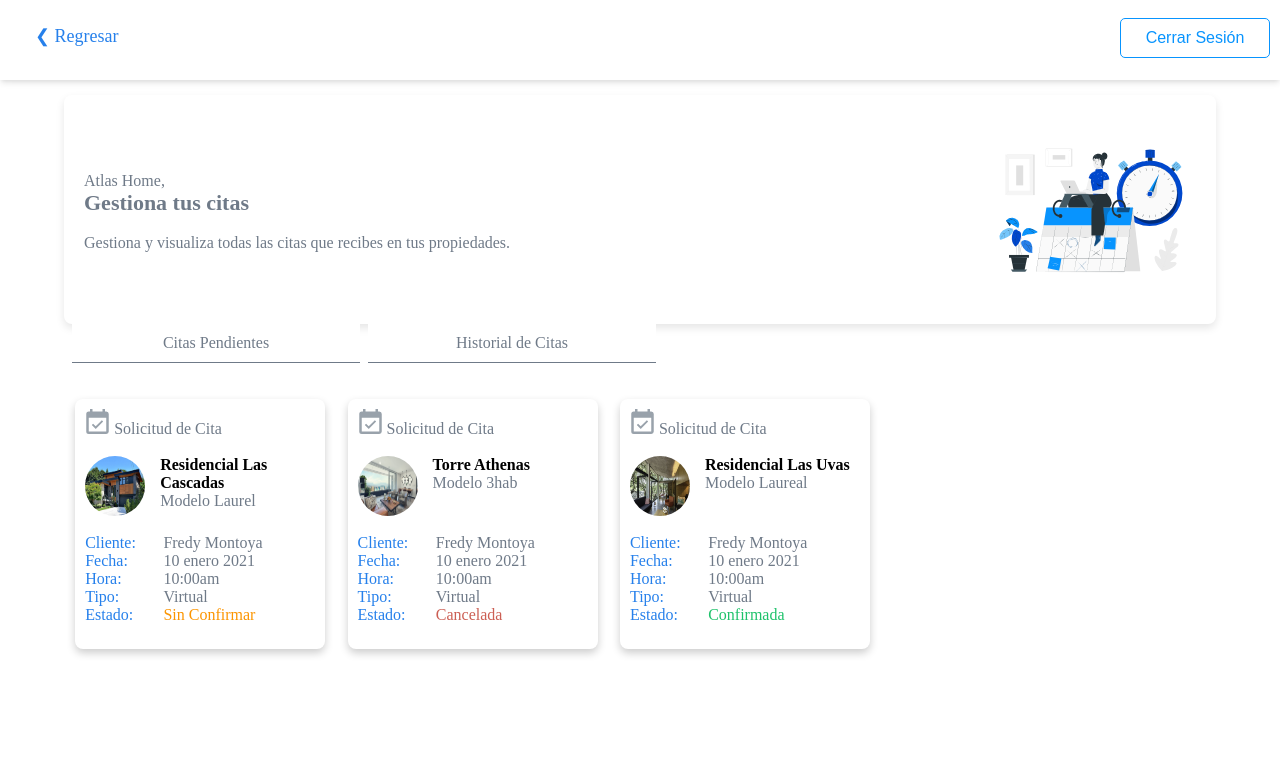
Repository: FabioMadrid/atlas_code
Page: vendedor_citas.html
The author's editor kept a copy of each file at every save. The page is drawn from the files as they stood at one save, then again after the next save.
The browser window is 1280 px wide. The pictures show the whole page.
Some web fonts or font styles are not loaded; a fallback is used. Some web libraries are served in a nearby version.

Above is the page before, as saved 2021-01-13 10:25:13.
Console error: TypeError: Cannot read properties of undefined (reading 'style')

### vendedor_citas.html
<!DOCTYPE html>
<html lang="en">
<head>
    <meta charset="UTF-8">
    <meta name="viewport" content="width=device-width, initial-scale=1.0">
    <link rel="stylesheet" href="https://cdnjs.cloudflare.com/ajax/libs/font-awesome/4.7.0/css/font-awesome.min.css">
    <script src="https://kit.fontawesome.com/8bf4511c4b.js" crossorigin="anonymous"></script>
    <link rel="stylesheet" href="css/general.css">
    <link rel="stylesheet" href="css/perfil_vendedor.css">
    <link rel="stylesheet" href="https://atlas-home-colombia.s3.amazonaws.com/fonts/fonts.css">
    <title>Atlas Home</title>
</head>
<body>

    <div class="topnav" id="myTopnav">
        <div class="column-25" style="left: 0;">
            <a href="./perfil_vendedor.html">

                <div style="position: absolute; left:0; top: 0;margin: 25px;">

                    <span style="padding-left:10px; font-size: 18px;color: #2680EB;">❮ Regresar</span>
                </div>

            </a>
        </div>
        <div class="column-85">

                <button class="boton-ingresar" id="boton-ingresar" onclick="">Cerrar Sesión</button>

            <a href="javascript:void(0);" style="font-size:35px;" class="icon" onclick="HamburgerFuction()">&#9776;</a>
        </div>
    </div>



    <div class="titulo-inmueble hide-mobile" style="margin-top: 95px;" id="titulo-propiedad">
        <div class="space-between" style="margin-top: 5px;">

            <div class="text">
                <span id="">Atlas Home</span>,
                <br>
                <b style="font-size: 22px;display:block">Gestiona tus citas</b>
                <br>

                Gestiona y visualiza todas las citas que recibes en tus propiedades.

            </div>

            <div class="relative-container">

                    <img src="./svg/calendario_mujer.svg" alt="Logo Atlas" class="dibujo">

            </div>

        </div>
    </div>

    <!--Para version 2.0 que incluyamos a los colaboradores
    <p class="text text-align" style="margin-left: 5%;">
        ¿Buscas asignar las citas recibidas a tu Colaboradores?
        <br>
        <a href="#" style="color: #0894FE;">
             Hazlo Aquí
        </a>
    </p>
    -->


<section style="margin: 0 5% 100px">

    <div class="space-between" style="margin: 0 0 25px 0; flex-flow: row nowrap; justify-content: flex-start;">

        <input type="radio" id="citas_pendientes2" name="cita_tipo" value="citaspendientes" checked>
        <label for="citaspendientes" class="b-tipo-cita tablinks"  onclick="openRegistro(event, 'citas_pendientes')">Citas Pendientes</label>

        <input type="radio" id="historial_citas2" name="cita_tipo" value="historialcitas">
        <label for="historialcitas" class="b-tipo-cita tablinks" onclick="openRegistro(event, 'historial_citas')">Historial de Citas</label>

    </div>

    <div id="citas_pendientes" class="tabcontent" style="display: block;">

        <!-- Esta parte renderiza cuando el usuario no tiene citas pendientes
            <p class="text">
                Actualmente no tienes citas pendientes.
            </p>
            <div>
                <img src="./svg/calendario_hombre.svg" alt="" class="dibujo">
            </div>
        -->

        <div class="contenedor-beneficios" style="width: 100%;">

            <div class="cita-card" onclick="modalINFOCITA()">

                <div class="text">
                    <img src="./svg/icon_calendario.svg" alt="" style="width: 25px;height:25px;">
                     Solicitud de Cita
                </div>
                <br>
                <div style="display: flex;justify-content: flex-start;flex-flow: row nowrap;">

                    <div>
                        <img src="./img/vivienda/1.jpg" alt="" class="thumbnail">
                    </div>

                    <div style="margin-left: 15px;" >
                        <b>Residencial Las Cascadas</b>
                        <br>
                        <span class="text">Modelo Laurel</span>
                    </div>

                </div>

                <br>

                <div style="display: flex; justify-content: space-between;flex-flow: row nowrap;">

                    <div style="width: 33%;color: #2680EB;">
                        <div >
                            Cliente:
                        </div>

                        <div >
                            Fecha:

                        </div>

                        <div>
                            Hora:

                        </div>

                        <div>
                            Tipo:
                        </div>
                        <div>
                            Estado:
                        </div>
                    </div>

                    <div style="width: 66%;" class="text" >
                        <div >
                                Fredy Montoya
                        </div>

                        <div >
                                10 enero 2021
                        </div>

                        <div >
                                10:00am
                        </div>

                        <div >
                                Virtual
                        </div>
                        <div style="color: #FC9500;" >
                                Sin Confirmar
                        </div>
                    </div>

                </div>

            </div>



            <div class="cita-card" onclick="modalINFOCITA()">

                <div class="text">
                    <img src="./svg/icon_calendario.svg" alt="" style="width: 25px;height:25px;">
                     Solicitud de Cita
                </div>
                <br>
                <div style="display: flex;justify-content: flex-start;flex-flow: row nowrap;">

                    <div>
                        <img src="./img/apartamento/1.jpg" alt="" class="thumbnail">
                    </div>

                    <div style="margin-left: 15px;" >
                        <b>Torre Athenas</b>
                        <br>
                        <span class="text">Modelo 3hab</span>
                    </div>

                </div>

                <br>

                <div style="display: flex; justify-content: space-between;flex-flow: row nowrap;">

                    <div style="width: 33%;color: #2680EB;">
                        <div >
                            Cliente:
                        </div>

                        <div >
                            Fecha:

                        </div>

                        <div>
                            Hora:

                        </div>

                        <div>
                            Tipo:
                        </div>
                        <div>
                            Estado:
                        </div>
                    </div>

                    <div style="width: 66%;" class="text" >
                        <div >
                                Fredy Montoya
                        </div>

                        <div >
                                10 enero 2021
                        </div>

                        <div >
                                10:00am
                        </div>

                        <div >
                                Virtual
                        </div>
                        <div style="color: #CC5F54">
                                Cancelada
                        </div>
                    </div>

                </div>

            </div>

            <div class="cita-card" onclick="modalINFOCITA()">

                <div class="text">
                    <img src="./svg/icon_calendario.svg" alt="" style="width: 25px;height:25px;">
                     Solicitud de Cita
                </div>
                <br>
                <div style="display: flex;justify-content: flex-start;flex-flow: row nowrap;">

                    <div>
                        <img src="./img/vivienda/2.jpg" alt="" class="thumbnail">
                    </div>

                    <div style="margin-left: 15px;" >
                        <b>Residencial Las Uvas</b>
                        <br>
                        <span class="text">Modelo Laureal</span>
                    </div>

                </div>

                <br>

                <div style="display: flex; justify-content: space-between;flex-flow: row nowrap;">

                    <div style="width: 33%;color: #2680EB;">
                        <div >
                            Cliente:
                        </div>

                        <div >
                            Fecha:

                        </div>

                        <div>
                            Hora:

                        </div>

                        <div>
                            Tipo:
                        </div>
                        <div>
                            Estado:
                        </div>
                    </div>

                    <div style="width: 66%;" class="text" >
                        <div >
                                Fredy Montoya
                        </div>

                        <div >
                                10 enero 2021
                        </div>

                        <div >
                                10:00am
                        </div>

                        <div >
                                Virtual
                        </div>
                        <div style="color: #1FC26B;">
                                Confirmada
                        </div>
                    </div>

                </div>

            </div>

        </div>







    </div>

    <div id="historial_citas" class="tabcontent">

        <!-- Esta parte renderiza cuando el nunca ha recibido una cita
            <p class="text">
                No has recibido citas hasta este momento.
            </p>
            <div>
                <img src="./svg/calendario_hombre.svg" alt="" class="dibujo">
            </div>
        -->

        <div style="overflow: auto;">
            <table class="citas">
                <tr>
                    <th>Cliente</th>
                    <th>Asiganada </th>
                    <th>Fecha y Hora</th>
                    <th>Inmueble</th>
                    <th>Estado Crédito Cliente</th>
                    <th>Tipo de Cita</th>
                    <th>Estado</th>
                </tr>

                <tr onclick="modalINFOCITA()" >
                    <td id="nombre_cliente">Roger Santos</td>
                    <td id="nombre_colaborador">Felipe Madrid</td>
                    <td id="fecha_hora_cita">10 Marzo 2021, 1:00pm</td>
                    <td id="id_propiedad">Residencial El Sauce - Modelo Jeranios</td> <!--Titulo (+) - (+) subtitulo -->
                    <td id="estado_credito_cliente"> Pre-aprobado</td>
                    <td id="tipo_cita">Virtual</td>
                    <td id="estado_cita"> <span style="color: #FC9500;">Sin Confirmar</span></td>
                </tr>

                <tr onclick="modalINFOCITA()" >
                    <td >Juan Lopez</td>
                    <td >Felipe Madrid</td>
                    <td >12 Enero 2021, 3:00pm</td>
                    <td >Residencial Roble Oeste - Modelo Laurel</td> <!--Titulo (+) - (+) subtitulo -->
                    <td > Aprobado</td>
                    <td >Presencial</td>
                    <td > <span style="color: #1FC26B;">Realizada</span></td>
                </tr>

                <tr onclick="modalINFOCITA()" >
                    <td >Francisco Morazán</td>
                    <td >Juan Perez</td>
                    <td >10 Enero 2021, 10:00am</td>
                    <td >Torre Ventu - Modelo 3Hab</td> <!--Titulo (+) - (+) subtitulo -->
                    <td > Aprobado por buró</td>
                    <td >Virtual</td>
                    <td > <span style="color: #CC5F54;">Vencida</span></td>
                </tr>

                <tr onclick="modalINFOCITA()" >
                    <td >Francisco Morazán</td>
                    <td >Juan Perez</td>
                    <td >10 Enero 2021, 10:00am</td>
                    <td >Torre Ventu - Modelo 3Hab</td> <!--Titulo (+) - (+) subtitulo -->
                    <td > Verificación Pendiente</td>
                    <td >Virtual</td>
                    <td > <span style="color: #CC5F54;">Cancelada</span></td>
                </tr>

                <tr onclick="modalINFOCITA()" >
                    <td >Francisco Morazán</td>
                    <td >Juan Perez</td>
                    <td >10 Enero 2021, 10:00am</td>
                    <td >Torre Ventu - Modelo 3Hab</td> <!--Titulo (+) - (+) subtitulo -->
                    <td > Aprobado</td>
                    <td >Virtual</td>
                    <td > <span style="color: #1FC26B;">Confirmada</span></td>
                </tr>

                <tr onclick="modalINFOCITA()" >
                    <td >Francisco Morazán</td>
                    <td >Juan Perez</td>
                    <td >10 Enero 2021, 10:00am</td>
                    <td >Torre Ventu - Modelo 3Hab</td> <!--Titulo (+) - (+) subtitulo -->
                    <td > Pre-aprobado</td>
                    <td >Virtual</td>
                    <td > <span style="color: #1FC26B;">Realizada</span></td>
                </tr>

            </table>
        </div>

    </div>








</section>


<!------------------------Modal de mostrar informacion de citas----------->

<div id="modal_info_cita" class="modal">
    <span onclick="this.parentElement.style.display='none'" class="topright">&times</span>
        <div class="modal-content overflow relative-container">

            <div class="text" style="text-align: center; font-size: 18px;">
                <img src="./svg/icon_calendario.svg" alt="" style="width: 25px;height:25px;">
                <span style="padding-left: 10px;">Solicitud de Cita</span>
            </div>

            <div class="contenedor_x">


                <div class="atlas-card" style="overflow:none">
                    <a href="./vivienda.html" target="_blank">
                            <div class="relative-container">
                                <img src="./img/casa1_3.jpg" alt="imagen" class="image-card">
                            </div>
                        <div style="padding:20px 15px 0 15px;">
                            <div class="titulo-propiedades"> Valle de Angeles </div>
                            <div class="text" style="display: inline;"> Modelo 3 Hab</div>
                            <div class="space-between" style="margin-top: 5px;justify-content: space-between;">
                                <div class="text" style="font-size: 12px;display: inline;"> 3 Habs | 2.5 Baños | 278m2</div>
                                <div class="text" style="font-size: 12px;display: inline;"> Área de lote: <span style="color:#0894FE"> 328m2</span></div>
                            </div>
                            <div class="space-between" style="margin-top: 5px;justify-content: space-between;">
                                <div class="text" style="display: inline;"> L. 4,800,000</div>
                                <div class="text" style="font-size: 12px;display: inline;">
                                    Estado: <span style="color:#0894FE"> Nueva</span></div>
                            </div>
                        </div>
                    </a>
                </div>



                <div class="columna_modal_cita">

                    <div style="font-weight: bold;font-size: 18px;">Detalles:</div><br>

                    <div style="display: flex; justify-content: space-between;flex-flow: row nowrap;">

                        <div style="width: 33%;color: #2680EB;">

                            <div >
                                Fecha:
                            </div>

                            <div>
                                Hora:
                            </div>

                            <div>
                                Tipo:
                            </div>

                            <div>
                                Atiende:
                            </div>

                            <div>
                                Estado:
                            </div>
                        </div>

                        <div style="width: 66%;" class="text" >

                            <div >
                                    10 enero 2021
                            </div>

                            <div >
                                    10:00am
                            </div>

                            <div >
                                    Virtual
                            </div>

                            <div >
                                Juan Lopez
                            </div>

                            <div style="color: #FC9500;"> <!--cambio de color segun estado de cita-->
                                    Sin Confirmar
                            </div>
                        </div>

                    </div>

                    <br>
                    <div style="font-weight: bold;font-size: 18px;">info Cliente:</div><br>

                    <div style="display: flex; justify-content: space-between;flex-flow: row nowrap;">

                        <div style="width: 33%;color: #2680EB;">
                            <div >
                                Cliente:
                            </div>

                            <div >
                                Teléfono:
                            </div>

                            <div >
                                Crédito:
                            </div>

                            <div >
                                Cédula:

                            </div>

                        </div>

                        <div style="width: 66%;" class="text" >
                            <div >
                                    Felipe Madrid
                            </div>

                            <div >
                                    95775730
                            </div>

                            <div >
                                    Pre-Aprobado
                            </div>

                            <div >
                                    1503-1993-01546
                            </div>

                        </div>

                    </div>

                </div>

            </div>

        <!--informacion a renderizar cuando no se ha confirmado la cita aun--- Estado: Sin Confirmar-->
            <form action="">

                <input id="step2" type="checkbox">

                <div id="part1">
                    <div style="display: flex; justify-content: center;flex-flow: row wrap;">
                        <input type="submit" class="boton_azul" value="Confirmar Cita">

                        </input>

                        <label for="step2" id="continue-step2" style="width: 40%;cursor: pointer;">
                            <div class="boton_azul" style="color:#CC5F54; border-color: #CC5F54;width: 100%;padding-top: 9px;">
                                Denegar Cita
                            </div>
                        </label>
                    </div>
                </div>

                <div id="part2" style="position: relative;">

                    <div class="text" style="text-align: center;">
                    ¿Estas seguro que deseas cancelar la cita?
                    </div>

                    <div style="display: flex; justify-content: center;flex-flow: row wrap;">
                        <input type="submit" class="boton_azul" value="Si, Cancelar" style="color:#CC5F54;border-color: #CC5F54;">

                        </input>

                        <label for="step2" id="continue-step2" style="width: 40%;cursor: pointer;">
                            <div class="boton_azul" style="width: 100%;padding-top: 9px;">
                                Regresar
                            </div>
                        </label>
                    </div>

                </div>

            </form>

        <!--Renderiza cuando el estado de la cita fue Cancelada

            <div class="text" style="text-align: left;">
               Cita Cancelada por : <span id="">El Cliente</span>
            </div>

        <!--Renderiza cuando la cita ya fue confirmada

        <div class="text" style="text-align: left;">
            Cita ha sido confirmada con éxito por ambas partes, favor revisa tu correo y contacta al cliente
            para su coordinación.
         </div>

         <!--Renderiza cuando la cita ya se vencio y nunca la confirmo el vendedor

        <div class="text" style="text-align: left;">
            Cita ha vencido porque no has dado una respuesta, esto daña tu scrore y reputación de tu empresa dentro
            de nuestra plataforma, porfavor estar pendiente para la próxima vez.
         </div>

         <!--Renderiza cuando la cita se efectuo satisfacoriamente

        <div class="text" style="text-align: left;">
            Cita realizada satisfactoriamente, favor has el seguimiento de venta correspondiente. Atlas Home
            lleva el seguimiento financiero del cliente, contactanos cualquier duda o consulta.
         </div>
        -->



        </div>
    </div>
</div>











    <script src="./js/vendedor.js"></script>
    <script src="js/general.js"></script>

</body>
</html>

Loaded but not shown: js/general.js (175 lines, source omitted); js/vendedor.js (36 lines, source omitted); css/general.css (885 lines, source omitted); css/perfil_vendedor.css (470 lines, source omitted)

After the next save:
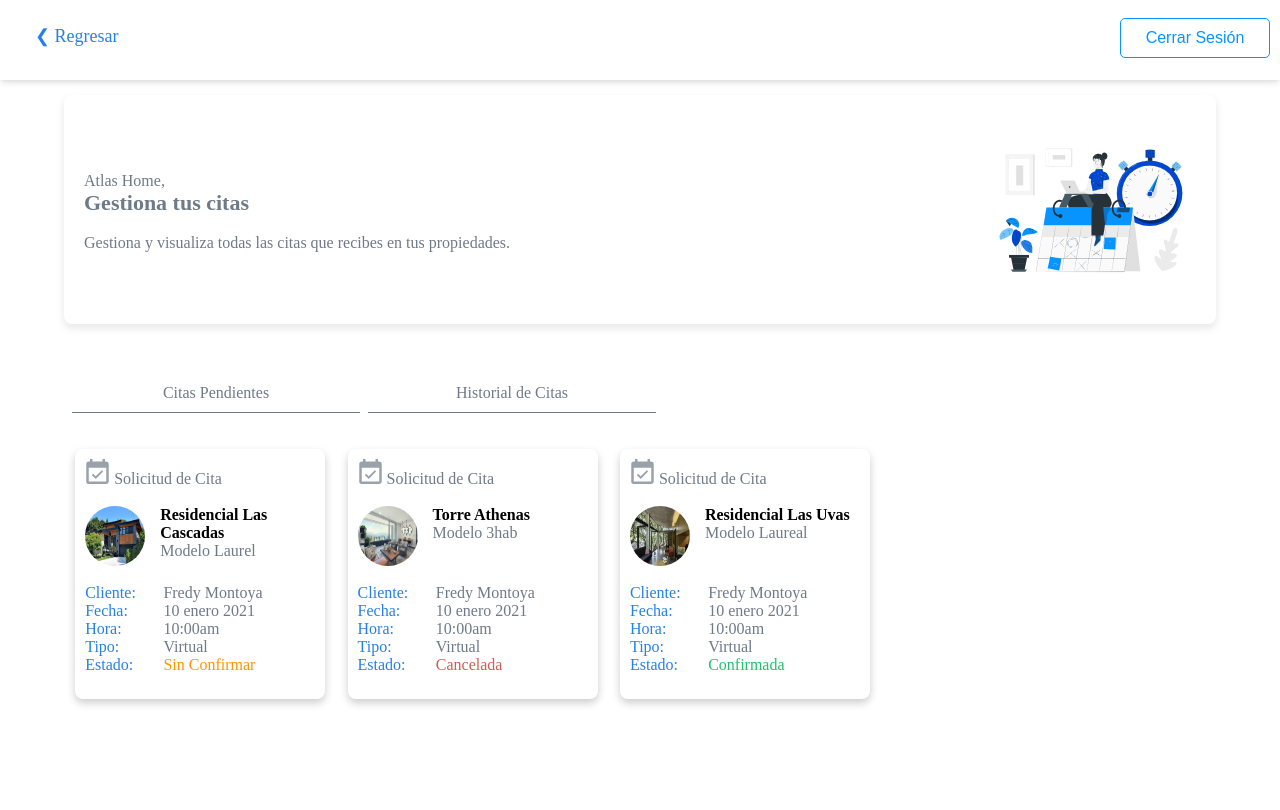
Saved 27 s later.
--- a/vendedor_citas.html
+++ b/vendedor_citas.html
@@ -66,7 +66,7 @@
     -->
 
 
-<section style="margin: 0 5% 100px">
+<section style="margin: 50px 5% 100px">
 
     <div class="space-between" style="margin: 0 0 25px 0; flex-flow: row nowrap; justify-content: flex-start;">
 
